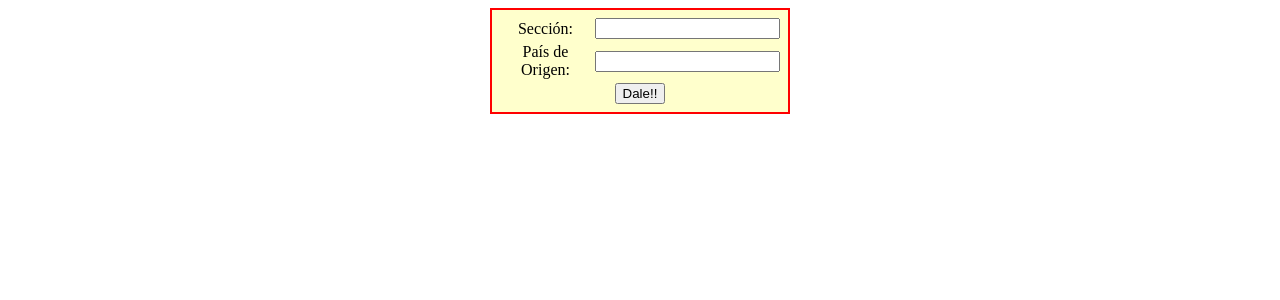
Repository: dasafo/PHP_MySQL_curso
Page: http://localhost/FormularioBusquedaPDO_34_I.php
The author's editor kept a copy of each file at every save. The page is drawn from the files as they stood at one save, then again after the next save.
The browser window is 1280 px wide. The pictures show the whole page.
The page is run by PHP 8.4 with error messages shown; the project is at /var/www/html/.

Above is the page before, as saved 2018-11-09 08:50:07.

### PDO/FormularioBusquedaPDO_34_I.php
<!DOCTYPE HTML PUBLIC "-//W3C//DTD HTML 4.01 Frameset//EN">
<html>
<head>
<meta http-equiv="Content-Type" content="text/html; charset=UTF-8">
<title>Insert title here</title>

<style>

    table{

        width:300px;
        margin:auto;
        background-color:#FFC;
        border:2px solid #F00;
        padding:5px;

        }

     td{

        text-align:center;



</style>


</head>
    <body>

     <form action="PaginaBusquedaPDO_34_II.php" method="get">

     <table>
     	<tr><td>Sección: </td><td><input type="text" name="seccion"></td></tr>
     	<tr><td>País de Origen: </td><td><input type="text" name="p_orig"> </td></tr>

    	<tr><td colspan="2"> <input type="submit" name="enviando" value="Dale!!"></td></tr>

     </table>
     </form>

    </body>

</html>

After the next save:
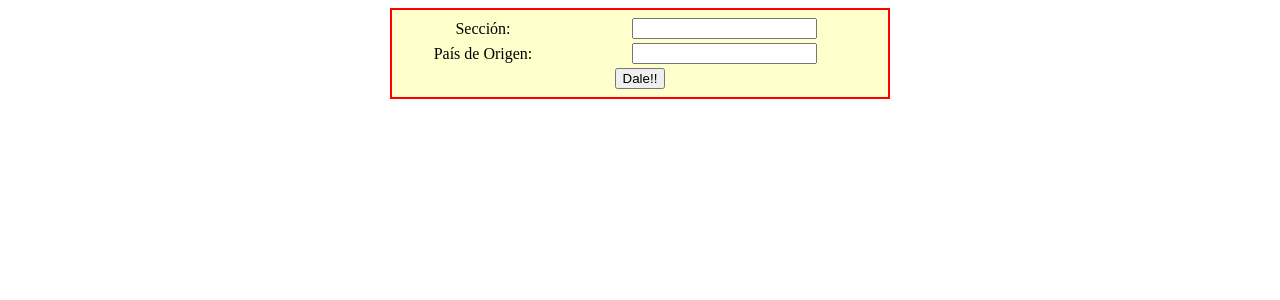
Saved 20 s later.
--- a/PDO/FormularioBusquedaPDO_34_I.php
+++ b/PDO/FormularioBusquedaPDO_34_I.php
@@ -8,7 +8,7 @@
 
     table{
 
-        width:300px;
+        width:500px;
         margin:auto;
         background-color:#FFC;
         border:2px solid #F00;
